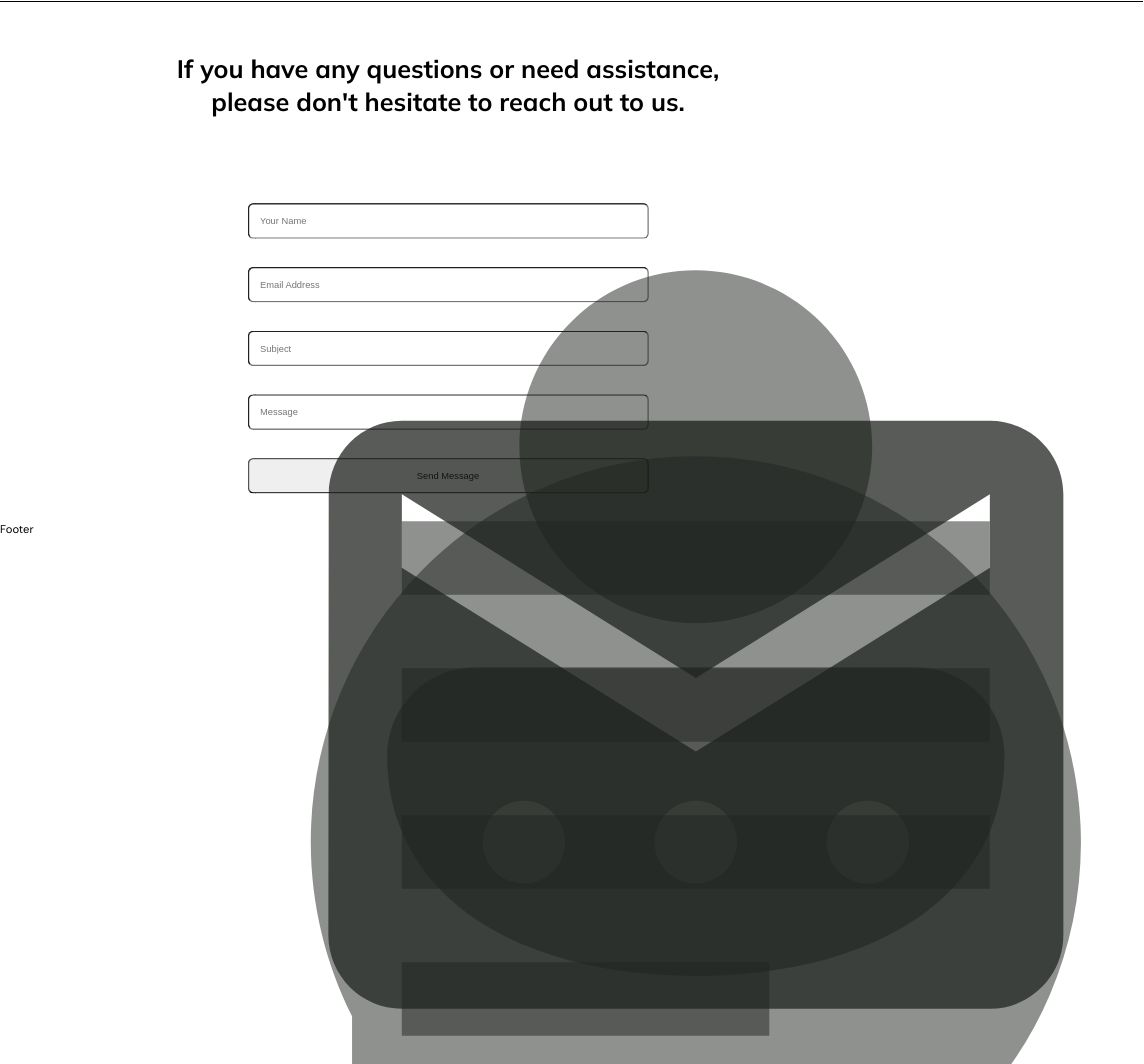
Repository: nacossuil/Uil-Nacos-Web
Page: /contact (app in frontend/)
These files come from the project's save history. The page is drawn as it stood at one moment and after the next save; the edit follows.
The browser window is 1280 px wide. The page is 1634 px wide, then 1528 px, so the pictures cover 1634 px, including what lies to the right of the window. The pictures show the part of the page from y = 363 to 1883 px (the page is 2206 px tall before and 2166 px after), at 70% of full size.
The project was rebuilt for these pictures with package versions that can differ from the ones it lists, and the page was loaded fresh each time. Also part of the build but not shown: frontend/vite.config.js, frontend/src/components/Home/About/About.jsx, frontend/src/components/Home/Hero/Hero.jsx, frontend/src/pages/Home/HomePage.jsx, frontend/src/pages/About/AboutPage.jsx, frontend/src/pages/Events/EventsPage.jsx, frontend/src/pages/Opportunities/tempData.js, frontend/src/pages/Opportunities/OpportunitiesPage.jsx and 1 more.

Above is the page before, as saved 2023-11-15 11:17:00.

After the next save:
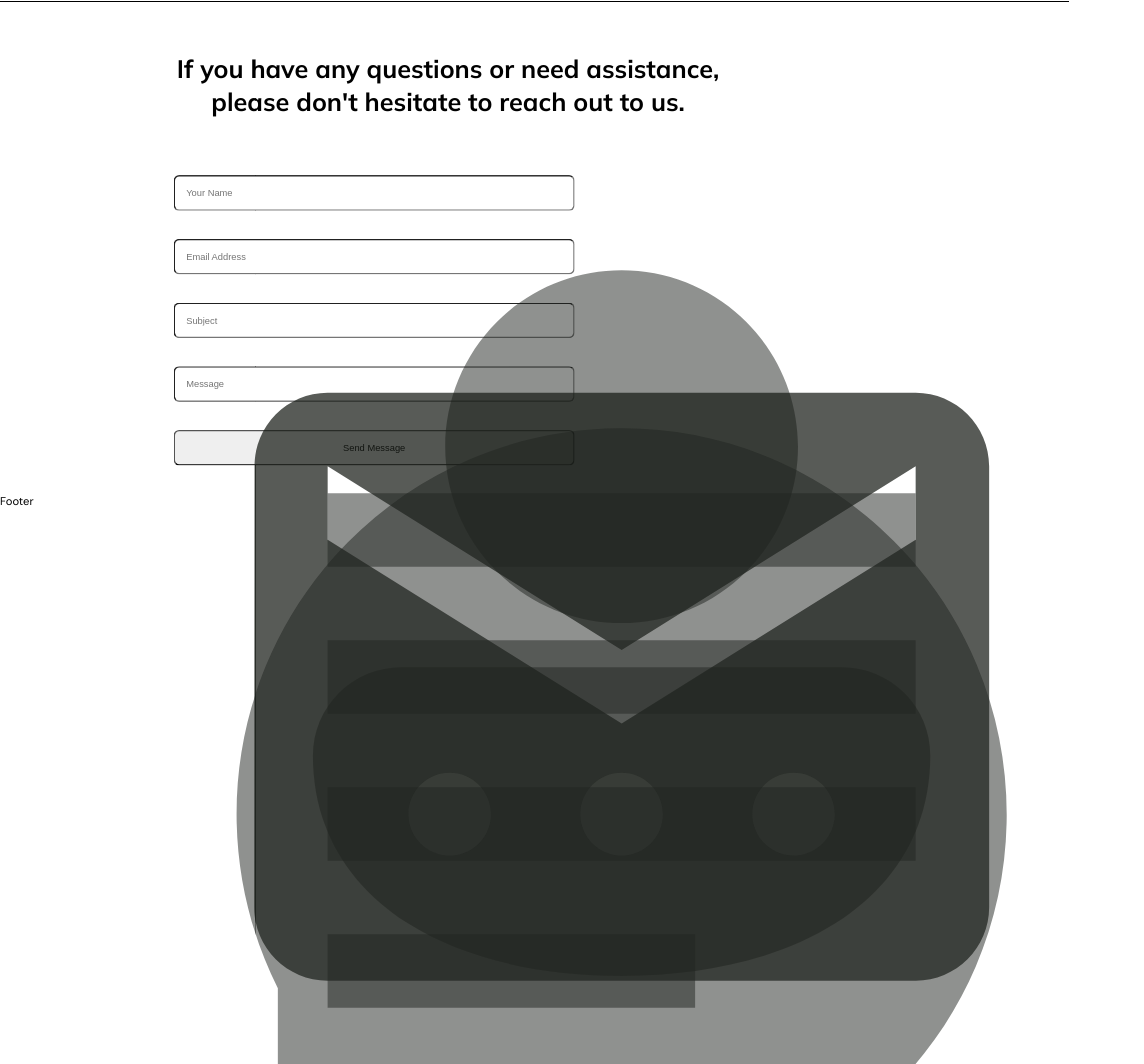
Saved 8 s later.
--- a/frontend/src/pages/Contact/ContactPage.jsx
+++ b/frontend/src/pages/Contact/ContactPage.jsx
@@ -17,7 +17,7 @@
             <img src={Img} alt="bgImg" />
           </div>
         </div>
-        <div className="flexCenter second">
+        <div className="second">
           <div className="textBig s-text">
             If you have any questions or need assistance, please {`don't`}{' '}
             hesitate to reach out to us.
